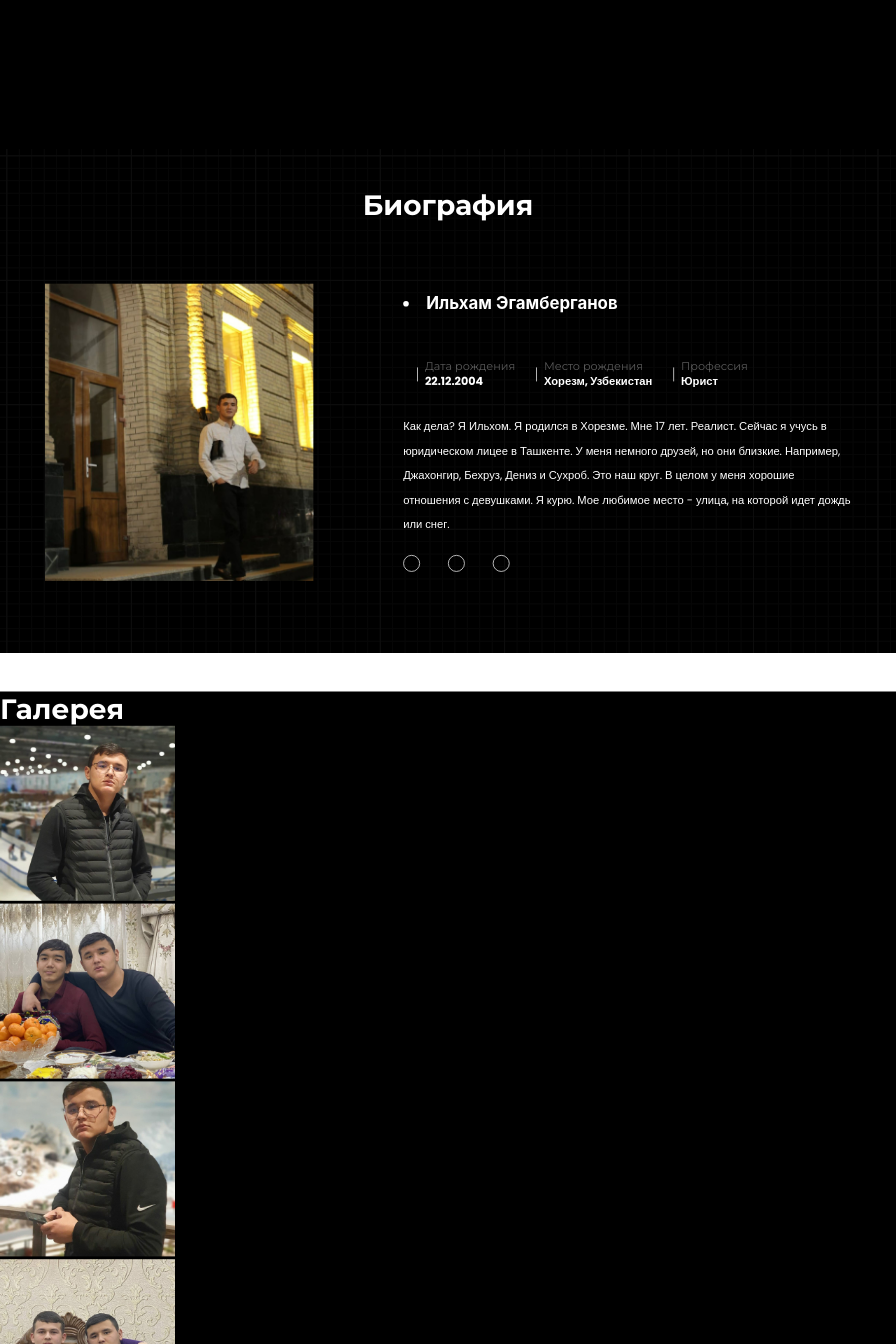
Repository: sardorexe/xishnik
Page: /
These files come from the project's save history. The page is drawn as it stood at one moment and after the next save; the edit follows.
The browser window is 1280 px wide. The pictures show the part of the page from y = 507 to 2427 px (the page is 3068 px tall), at 70% of full size.
Pictures or frames that could not be fetched are drawn as grey boxes. Some icons come from a web library that is not loaded, so they are not drawn. Some web libraries are served in a nearby version. The project was rebuilt for these pictures with package versions that can differ from the ones it lists, and the page was loaded fresh each time. Some packages were replaced by stand-ins written for this rebuild. The framework's server and built-in components were replaced by stand-ins that run in the browser. Also part of the build but not shown: next.config.js.

Above is the page before, as saved 2021-09-27 21:22:48.

After the next save:
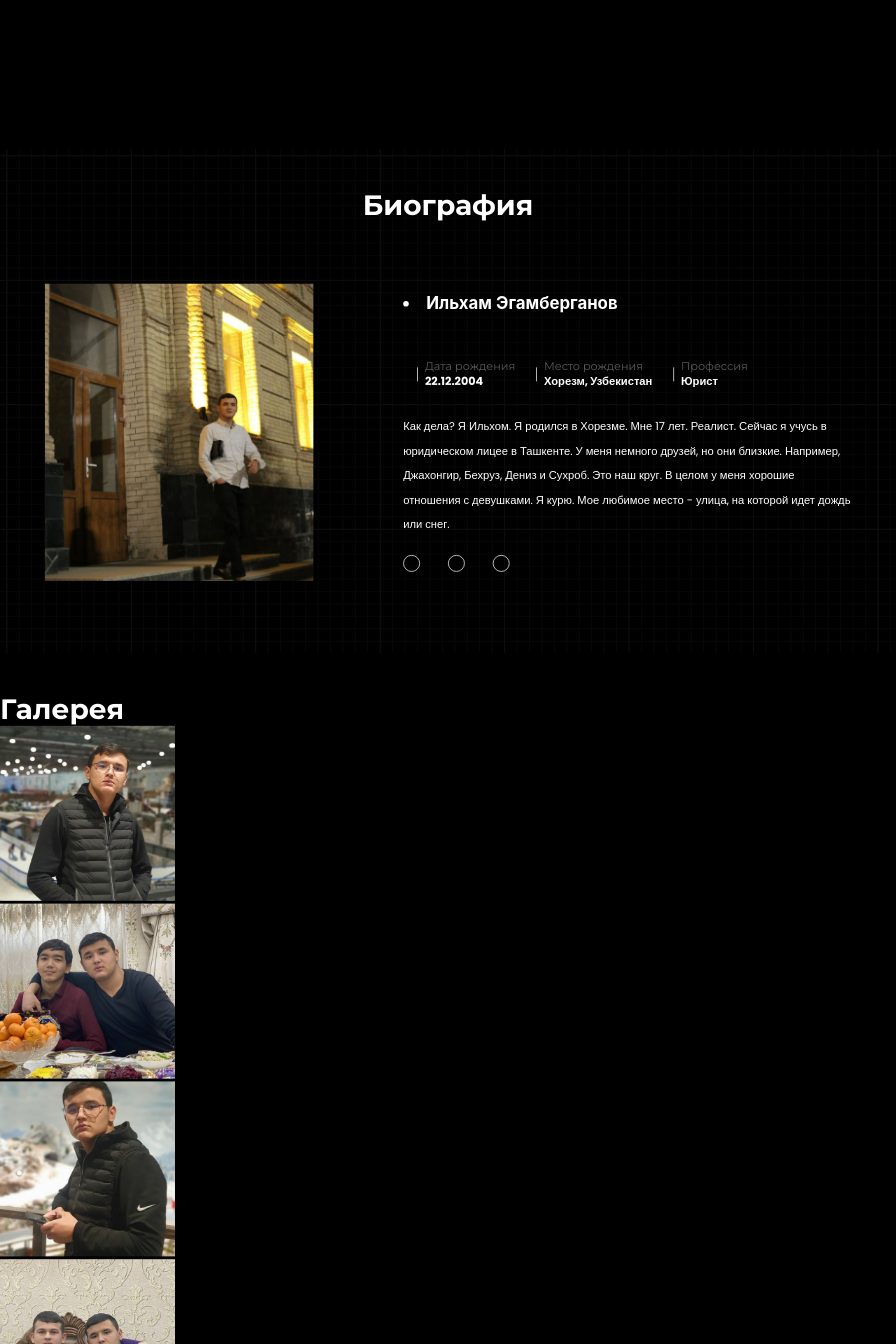
Saved 7 s later.
--- a/styles/Gallery.module.css
+++ b/styles/Gallery.module.css
@@ -7,6 +7,6 @@
 .title {
   font-family: "Montserrat", sans-serif;
   font-weight: bold;
-  margin-top: 55px;
+  padding-top: 55px;
   font-size: 40px;
 }
